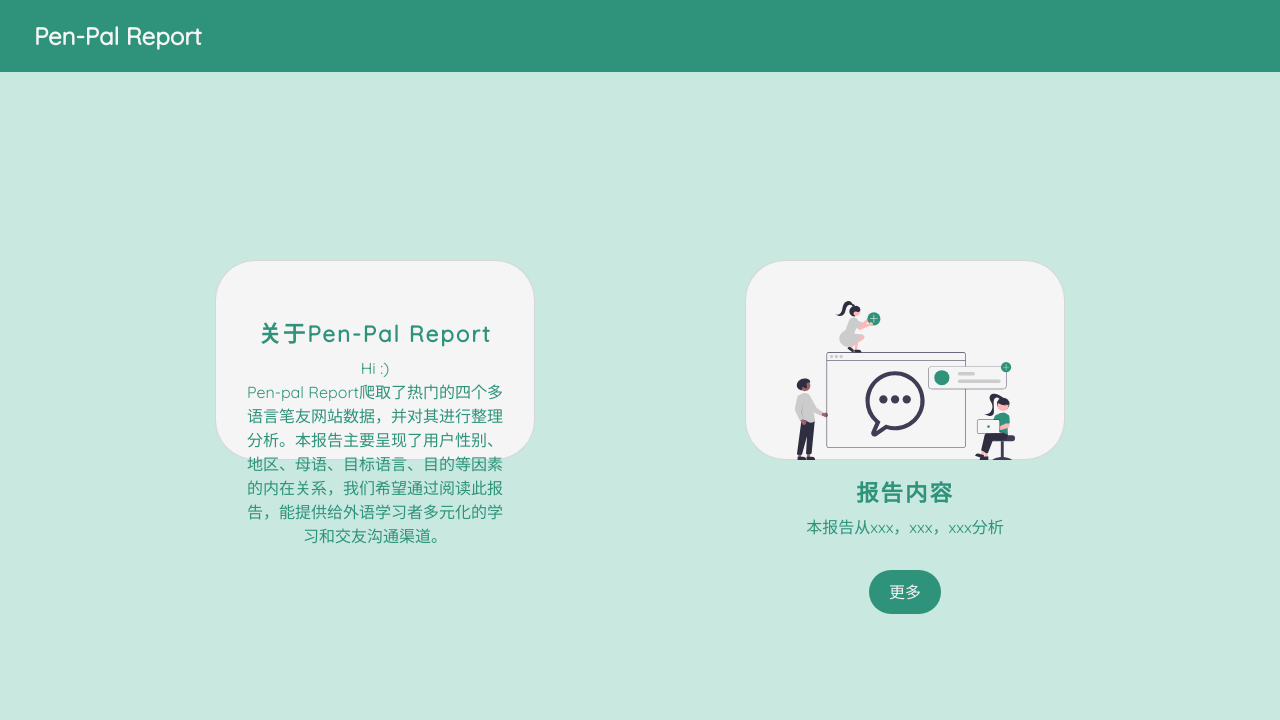
Repository: warrior1803-wang/penpal-report
Page: dist/index.html
These files come from the project's save history. The page is drawn as it stood at one moment and after the next save; the edit follows.
The browser window is 1280 px wide. The pictures show the whole page.

Above is the page before, as saved 2021-07-03 01:16:54.

After the next save:
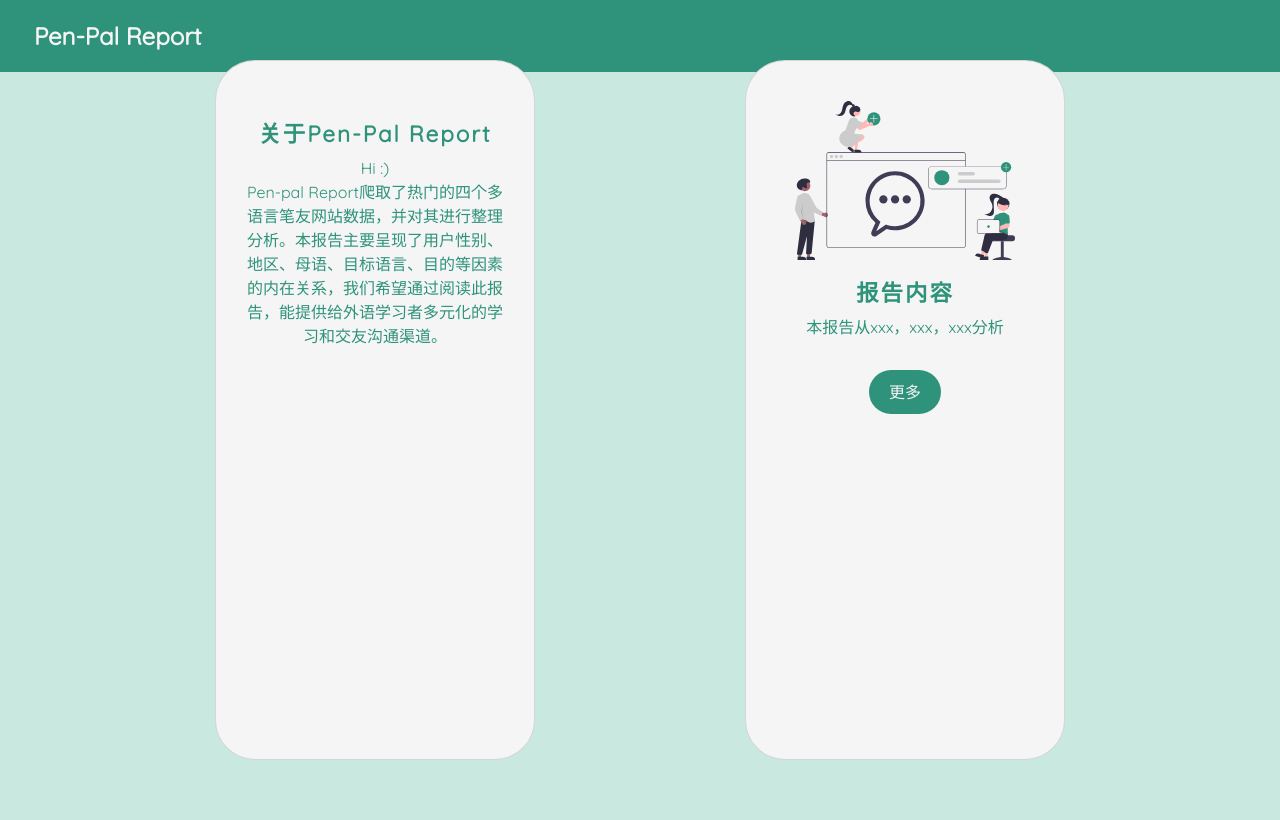
Saved 7 s later.
--- a/dist/style.css
+++ b/dist/style.css
@@ -46,7 +46,7 @@ body {
 
 .container .card {
   width: 320px;
-  height: 200px;
+  height: 700px;
   margin: 20px;
   padding: 40px 30px;
   background-color: whitesmoke;
